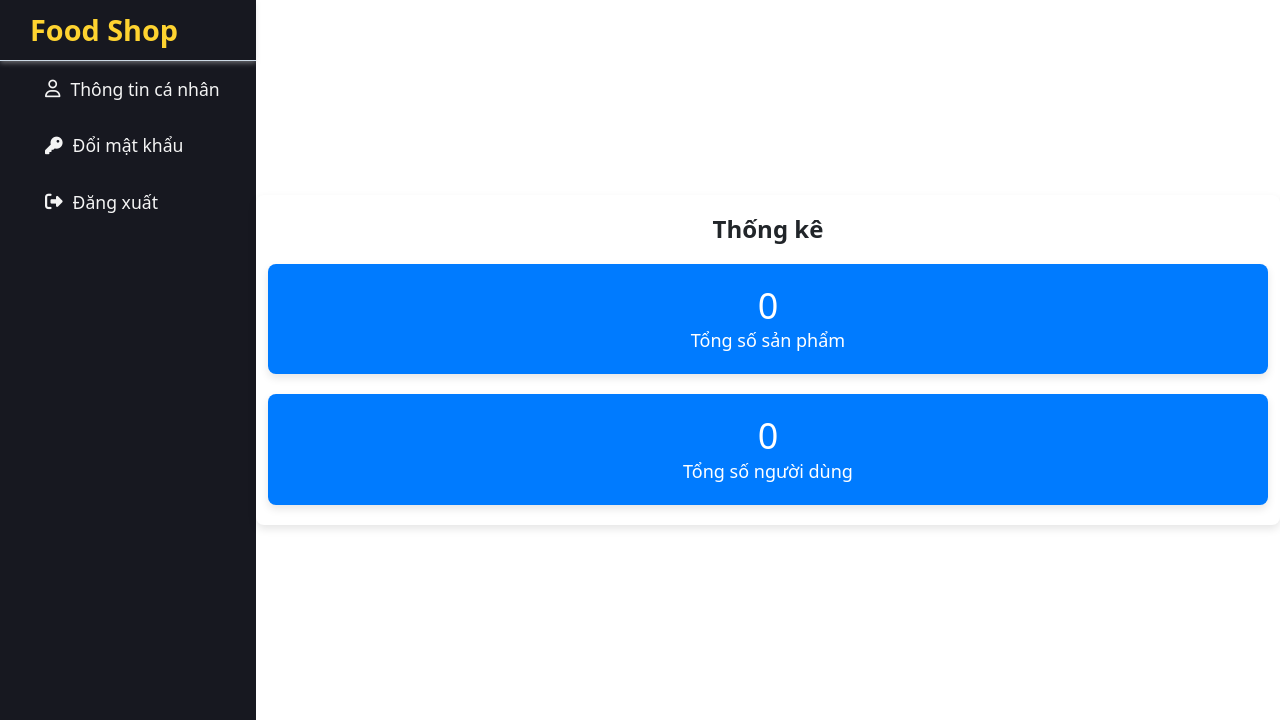
Repository: TuanAnhNguyen723/Restaurant-Projects
Page: http://localhost/Thongke/thongke.php
The author's editor kept a copy of each file at every save. The page is drawn from the files as they stood at one save, then again after the next save.
The browser window is 1280 px wide. The pictures show the whole page.
The page is run by PHP 8.4 with error messages shown; the project is at /var/www/html/.

Above is the page before, as saved 2024-06-18 20:31:15.

### Thongke/thongke.php
<!DOCTYPE html>

<?php
 include 'ConnectDb.php';
 $role = isset($_SESSION['roleAccount']) ? $_SESSION['roleAccount'] : 'guest';
?>

<html lang="en">
  <head>
    <meta charset="UTF-8" />
    <meta name="viewport" content="width=device-width, initial-scale=1.0" />
    <title>Document</title>
    <link rel="stylesheet" href="./thongke.css" />
    <link
      href="https://cdn.jsdelivr.net/npm/bootstrap@5.3.3/dist/css/bootstrap.min.css"
      rel="stylesheet"
      integrity="sha384-QWTKZyjpPEjISv5WaRU9OFeRpok6YctnYmDr5pNlyT2bRjXh0JMhjY6hW+ALEwIH"
      crossorigin="anonymous"
    />
    <link
      rel="stylesheet"
      href="https://cdnjs.cloudflare.com/ajax/libs/font-awesome/6.4.2/css/all.min.css"
    />
  </head>
  <body>
    <nav class="dashboard">
      <div class="header">
        <a href="../View/main.php">Food Shop</a>
      </div>

      <div class="menu">
        <a href="../Dashboard/info.php" class="active ">
          <i class="fa-regular fa-user"></i>
          <span>Thông tin cá nhân</span>
        </a>

        <a style="background-color: #3b82f6" href="../Thongke/thongke.php" class="active admin-only">
        <i class="fa-regular fa-user"></i>
        <span>Thống kê</span>
      </a>

      <a href="../discount/discount.php" class="active admin-only">
          <i class="fa-regular fa-user"></i>
          <span>Quản lý mã giảm giá</span>
        </a>

      <a  href="../quanlysanpham/quanly.php" class="active admin-only">
        <i class="fa-regular fa-user"></i>
        <span>Quản lý sản phẩm</span>
      </a>

      <a href="../quanlytaikhoan/qltk.php" class="active admin-only">
        <i class="fa-regular fa-user"></i>
        <span>Quản lý tài khoản</span>
      </a>

        <a href="../ChangePass/changepass.php" class="active">
          <i class="fa-solid fa-key"></i>
          <span>Đổi mật khẩu</span>
        </a>
        <a href="../index.html" class="active">
          <i class="fa-solid fa-right-from-bracket"></i>
          <span>Đăng xuất</span>
        </a>
      </div>
    </nav>

    <main class="main-dashboard">
        <div class="container">
          <h1 class="title">Thống kê</h1>
            <div class="stats">
              <div class="stat">
                <h2 id="totalProducts" class="stat-number">0</h2>
                <p class="stat-label">Tổng số sản phẩm</p>
              </div>
            <div class="stat">
              <h2 id="totalUsers" class="stat-number">0</h2>
              <p class="stat-label">Tổng số người dùng</p>
            </div>
          </div>
        </div>
    </main>
  </body>
  <script>
    // PHP injects the role of the current user
    const userRole = '<?php echo $role; ?>';

    // JavaScript to show/hide elements based on role
    document.addEventListener('DOMContentLoaded', () => {

  if (userRole !== 'admin') {
    console.log(111)
    document.querySelectorAll('.admin-only').forEach(el => el.style.display = 'none');
  }

  if (userRole !== 'user') {
    console.log(111)
    document.querySelectorAll('.user-only').forEach(el => el.style.display = 'none');
  }
});
  </script>
</html>

### Thongke/ConnectDb.php
<?php
session_start();
include '../config.php';


// Kiểm tra xem form có được submit hay không
if ($_SERVER["REQUEST_METHOD"] == "POST") {
    $username = $_POST['username'];
    $email = $_POST['email'];
    $phone = $_POST['phone'];
    $hoten = $_POST['hoten'];

    // Cập nhật dữ liệu vào cơ sở dữ liệu
    $sql = "UPDATE account SET Email='$email', Phone='$phone', HoTen='$hoten' WHERE Username='$username'";

    if ($conn->query($sql) === TRUE) {
      echo "<script>alert('Registered successfully'); </script>";
    } else {
      echo "<script>alert('Registered Failed');  </script>" . $conn->error;
    }
  }


//
    if(isset($_SESSION['user_id'])) {
        // Lấy ID người dùng từ session
        $user_id = $_SESSION['user_id'];

    $sql = "SELECT Username, Email, Phone, HoTen FROM account WHERE ID='$user_id'";
    $result = $conn->query($sql);

    if ($result->num_rows > 0) {
        $row = $result->fetch_assoc();
        $username = $row['Username'];
        $email = $row['Email'];
        $phone = $row['Phone'];
        $hoten = $row['HoTen'];
    } else {
        $username = $email = $phone = $hoten = '';
        echo "No results found.";
    }
    }
  $conn->close();
?>

### config.php
<?php
define('DB_SERVER', 'localhost');
define('DB_USERNAME', 'root');
define('DB_PASSWORD', '');
define('DB_NAME', 'webfooddb');

$conn = mysqli_connect(DB_SERVER, DB_USERNAME, DB_PASSWORD, DB_NAME);



if($conn === false){
    die("ERROR: Could not connect. " . mysqli_connect_error());
}
?>

### Thongke/thongke.css
@import url("https://fonts.googleapis.com/css2?family=Poppins:wght@100;200;300;400;500;600;700;800;900&family=Roboto:ital,wght@0,400;0,700;1,500&family=Rubik:wght@300;400;500;600&display=swap");
:root {
  --primary-color: #fed330;
  --secondary-color: #ff2525;
  --white-color: #ffffff; /* Sửa tên biến thành white-color */
  --light-color: #f4f4f4;
  --grey-color: #979b9d;
  --dark-color: #171820;

  --trans-back-co: background-color 0.3s, color 0.3s;
  --trans-co: color 0.3s;
}
.no-pointer-events {
  pointer-events: none !important;
  color: #979b9d !important;
  cursor: not-allowed !important;
}

html {
  scroll-behavior: smooth;
}

* {
  margin: 0;
  padding: 0;
  text-decoration: none;
}

*,
::before,
::after {
  box-sizing: border-box;
}

body {
  font-family: "Rubik", sans-serif;
  font-size: 16px;
  font-weight: 400;
  line-height: 1.8;
  color: var(--dark-color);
  background-color: var(--white-color);
}

body {
  display: flex;
}

.dashboard {
  width: 20%;
  background-color: var(--dark-color);
  height: 100vh;
}
.main-dashboard {
  width: 80%;
}

.header {
  width: 100%;
  border-bottom: 1px solid #cde1f5;
}

.header a {
  color: var(--primary-color);
  text-decoration: none;
  width: 100%;
  padding: 0 30px;
  display: flex;
  align-items: center;
  height: 60px;
  font-size: 1.8em;
  font-weight: 600;
  box-shadow: 0px 3px 5px 0px rgba(204, 204, 204, 0.4509803922);
}

.menu {
  display: flex;
  flex-direction: column;
  margin-left: 30px;
  width: 80%;
}

.menu a {
  text-decoration: none;
  border-radius: 10px;
  transition: all 0.2s;
  display: flex;
  align-items: center;
  padding: 10px;
  color: #f4f4f4;
  font-size: 1.1em;
  gap: 10px;
  margin: 5px;
}

.menu a:hover {
  transform: translateX(10px);
  transform: translateY(-5px);
  background-color: #3b82f6;
  box-shadow: -4px 4px 0px 0px rgba(4, 142, 255, 0.2);
}

.page {
  background-color: #f4f4f6;
  padding: 30px 5%;
}

.box-dashboard {
  box-sizing: border-box;
  padding: 30px;
  background-color: #f4f4f4;
  box-shadow: 0px 3px 5px 0px rgba(204, 204, 204, 0.4509803922);
  border-radius: 5px;
}

.dashboard-title {
  width: 100%;
  padding: 0 30px;

  display: flex;
  align-items: center;
  height: 60px;
  font-size: 1.8em;
  font-weight: 600;
  box-shadow: 0px 3px 5px 0px rgba(204, 204, 204, 0.4509803922);
  background-color: #fff;
}

.text-red {
  color: #ef4444;
}

/* styles.css */
body {
  font-family: "Arial", sans-serif;
  background-color: #f4f4f4;
  display: flex;
  justify-content: center;
  align-items: center;
  height: 100vh;
  margin: 0;
}

.container {
  background-color: #fff;
  padding: 20px;
  border-radius: 8px;
  box-shadow: 0 4px 8px rgba(0, 0, 0, 0.1);
  text-align: center;
  width: 300px;
}

.title {
  font-size: 24px;
  font-weight: bold;
  margin-bottom: 20px;
}

.stats {
  display: flex;
  flex-direction: column;
  gap: 20px;
}

.stat {
  background-color: #007bff;
  color: #fff;
  padding: 20px;
  border-radius: 8px;
  box-shadow: 0 4px 8px rgba(0, 0, 0, 0.1);
}

.stat-number {
  font-size: 36px;
  margin: 0;
}

.stat-label {
  font-size: 18px;
  margin: 0;
}

After the next save:
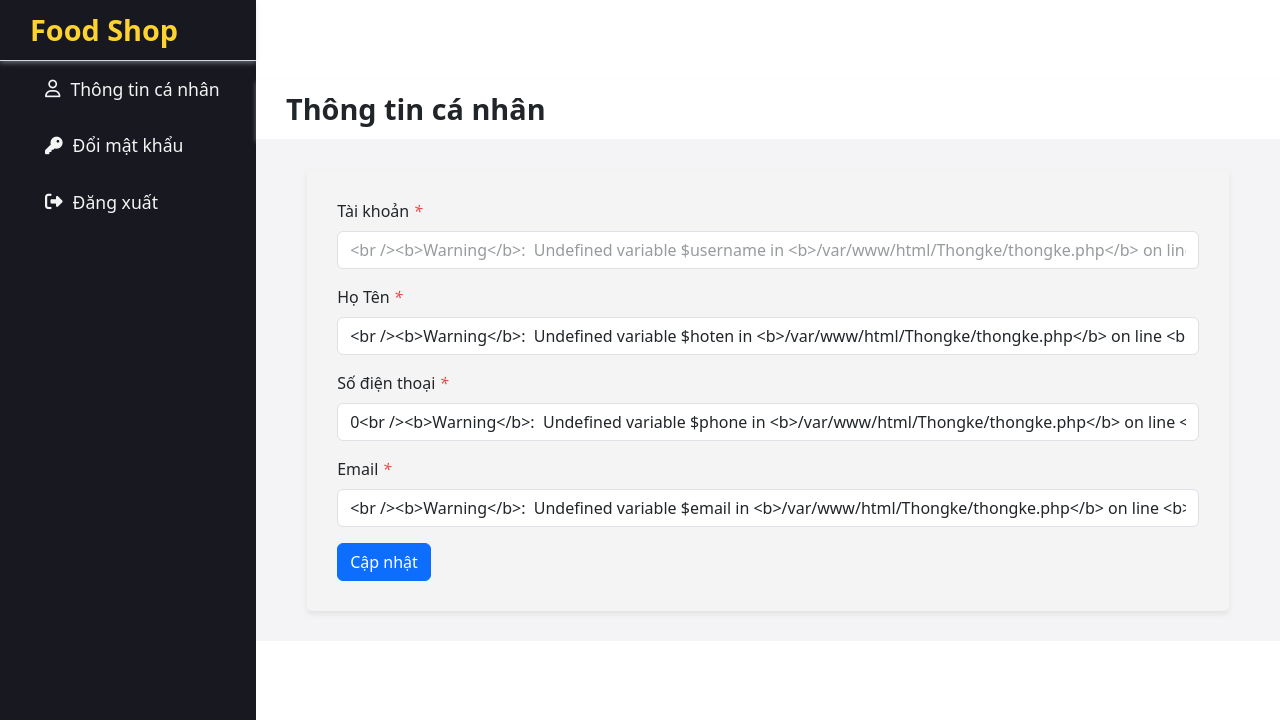
Saved 98 s later.
--- a/Thongke/thongke.php
+++ b/Thongke/thongke.php
@@ -66,19 +66,70 @@
     </nav>
 
     <main class="main-dashboard">
-        <div class="container">
-          <h1 class="title">Thống kê</h1>
-            <div class="stats">
-              <div class="stat">
-                <h2 id="totalProducts" class="stat-number">0</h2>
-                <p class="stat-label">Tổng số sản phẩm</p>
-              </div>
-            <div class="stat">
-              <h2 id="totalUsers" class="stat-number">0</h2>
-              <p class="stat-label">Tổng số người dùng</p>
+      <div class="dashboard-title">Thông tin cá nhân</div>
+      <main class="page">
+        <div class="box-dashboard">
+          <form method="post">
+            <div class="mb-3">
+              <label for="exampleInputTaiKhoan" class="form-label">
+                Tài khoản
+                <i class="text-red">*</i>
+              </label>
+              <input
+                type="text"
+                name ="username"
+                class="form-control no-pointer-events"
+                id="exampleInputTaiKhoan"
+                value="<?php echo ($username); ?>"
+              />
             </div>
-          </div>
+            <div class="mb-3">
+              <label for="exampleInputHoTen1" class="form-label"
+                >Họ Tên
+                <i class="text-red">*</i>
+              </label>
+              <input
+                type="text"
+                name="hoten"
+                class="form-control"
+                id="exampleInputHoTen1"
+                value="<?php echo ($hoten); ?>"
+              />
+            </div>
+
+            <div class="mb-3">
+              <label for="exampleInputHoTen1" class="form-label"
+                >Số điện thoại
+                <i class="text-red">*</i>
+              </label>
+              <input
+                type="text"
+                name="phone"
+                class="form-control"
+                id="exampleInputHoTen1"
+                value="0<?php echo ($phone); ?>"
+              />
+            </div>
+
+            <div class="mb-3">
+              <label for="exampleInputEmail1" class="form-label">
+                Email
+                <i class="text-red">*</i>
+              </label>
+              <input
+                type="email"
+                name="email"
+                class="form-control"
+                id="exampleInputEmail1"
+                aria-describedby="emailHelp"
+                value="<?php echo ($email); ?>"
+              />
+            </div>
+
+            <button type="submit" class="btn btn-primary">Cập nhật</button>
+          </form>
         </div>
+      </main>
     </main>
   </body>
   <script>

After the save that followed:
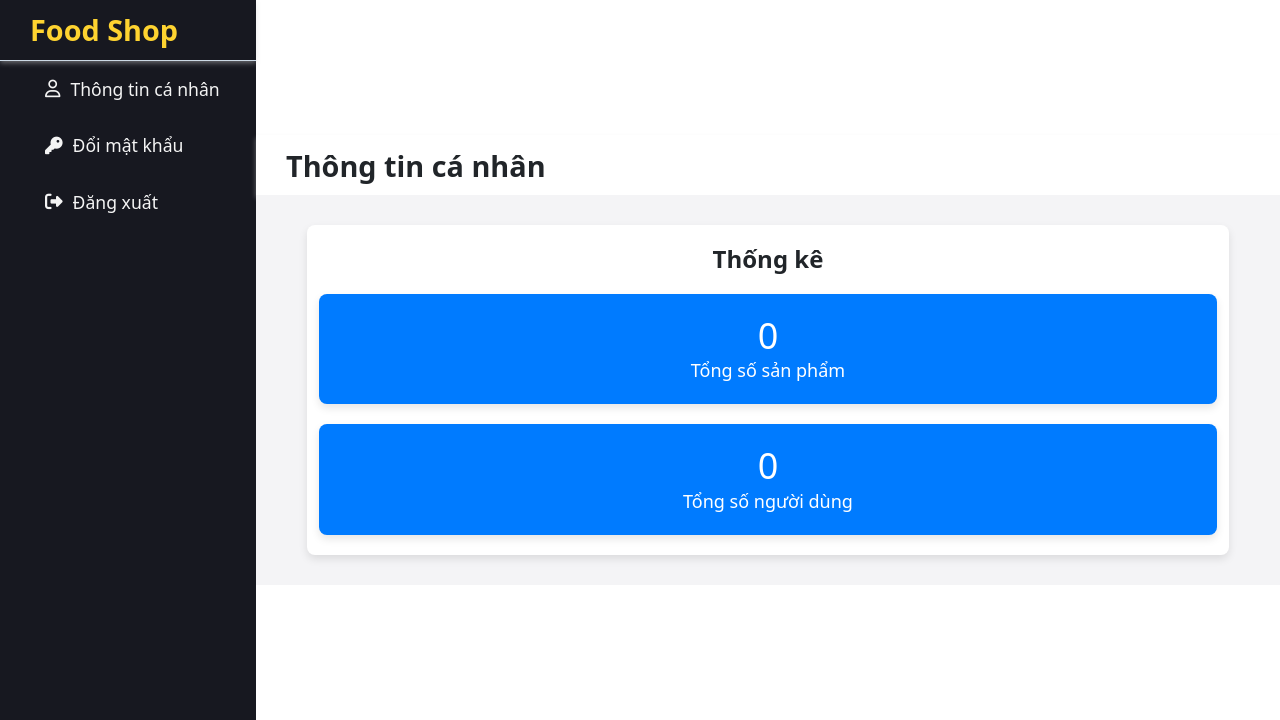
Saved 31 s later.
--- a/Thongke/thongke.php
+++ b/Thongke/thongke.php
@@ -68,67 +68,18 @@
     <main class="main-dashboard">
       <div class="dashboard-title">Thông tin cá nhân</div>
       <main class="page">
-        <div class="box-dashboard">
-          <form method="post">
-            <div class="mb-3">
-              <label for="exampleInputTaiKhoan" class="form-label">
-                Tài khoản
-                <i class="text-red">*</i>
-              </label>
-              <input
-                type="text"
-                name ="username"
-                class="form-control no-pointer-events"
-                id="exampleInputTaiKhoan"
-                value="<?php echo ($username); ?>"
-              />
-            </div>
-            <div class="mb-3">
-              <label for="exampleInputHoTen1" class="form-label"
-                >Họ Tên
-                <i class="text-red">*</i>
-              </label>
-              <input
-                type="text"
-                name="hoten"
-                class="form-control"
-                id="exampleInputHoTen1"
-                value="<?php echo ($hoten); ?>"
-              />
-            </div>
-
-            <div class="mb-3">
-              <label for="exampleInputHoTen1" class="form-label"
-                >Số điện thoại
-                <i class="text-red">*</i>
-              </label>
-              <input
-                type="text"
-                name="phone"
-                class="form-control"
-                id="exampleInputHoTen1"
-                value="0<?php echo ($phone); ?>"
-              />
-            </div>
-
-            <div class="mb-3">
-              <label for="exampleInputEmail1" class="form-label">
-                Email
-                <i class="text-red">*</i>
-              </label>
-              <input
-                type="email"
-                name="email"
-                class="form-control"
-                id="exampleInputEmail1"
-                aria-describedby="emailHelp"
-                value="<?php echo ($email); ?>"
-              />
-            </div>
-
-            <button type="submit" class="btn btn-primary">Cập nhật</button>
-          </form>
-        </div>
+      <div class="container">
+    <h1 class="title">Thống kê</h1>
+    <div class="stats">
+      <div class="stat">
+        <h2 id="totalProducts" class="stat-number">0</h2>
+        <p class="stat-label">Tổng số sản phẩm</p>
+      </div>
+      <div class="stat">
+        <h2 id="totalUsers" class="stat-number">0</h2>
+        <p class="stat-label">Tổng số người dùng</p>
+      </div>
+    </div>
       </main>
     </main>
   </body>
